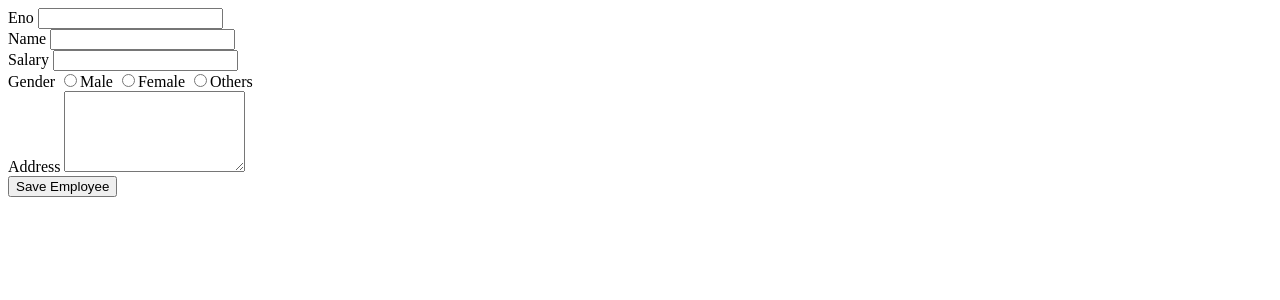
Repository: rajneesh1008/JavaWorld
Page: http://localhost/SpringWeb/jsps/emp.jsp
An editor plug-in stored every save of this project. The page is shown before and after the next save, followed by the edit.
The browser window is 1280 px wide. The pictures show the whole page.
The page is served by Tomcat 9.

Above is the page before, as saved 2019-07-03 17:21:23.

After the next save:
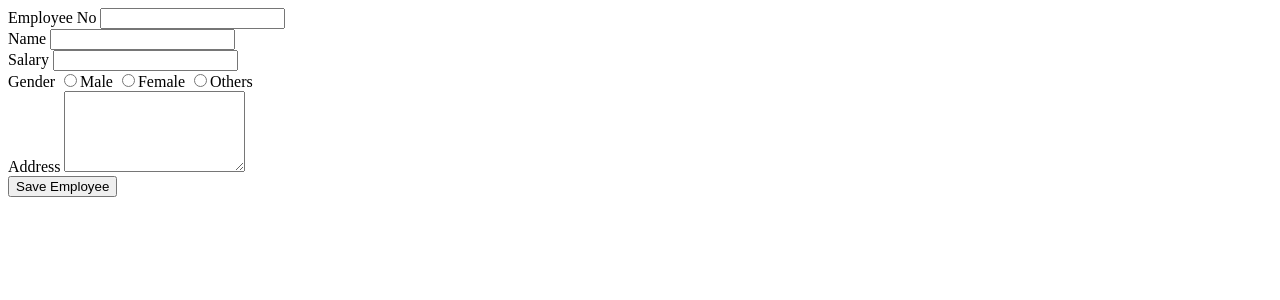
Saved 9 min 24 s later.
--- a/SpringWebMVC/SpringWeb/src/main/webapp/jsps/emp.jsp
+++ b/SpringWebMVC/SpringWeb/src/main/webapp/jsps/emp.jsp
@@ -9,8 +9,8 @@
 <body>
 <form action="emp" method="post">
 <div>
-<label>Eno</label>
-<input type="text" name="eno"/>
+<label>Employee No</label>
+<input type="text" name="employeeno"/>
 </div>
 <div>
 <label>Name</label>
